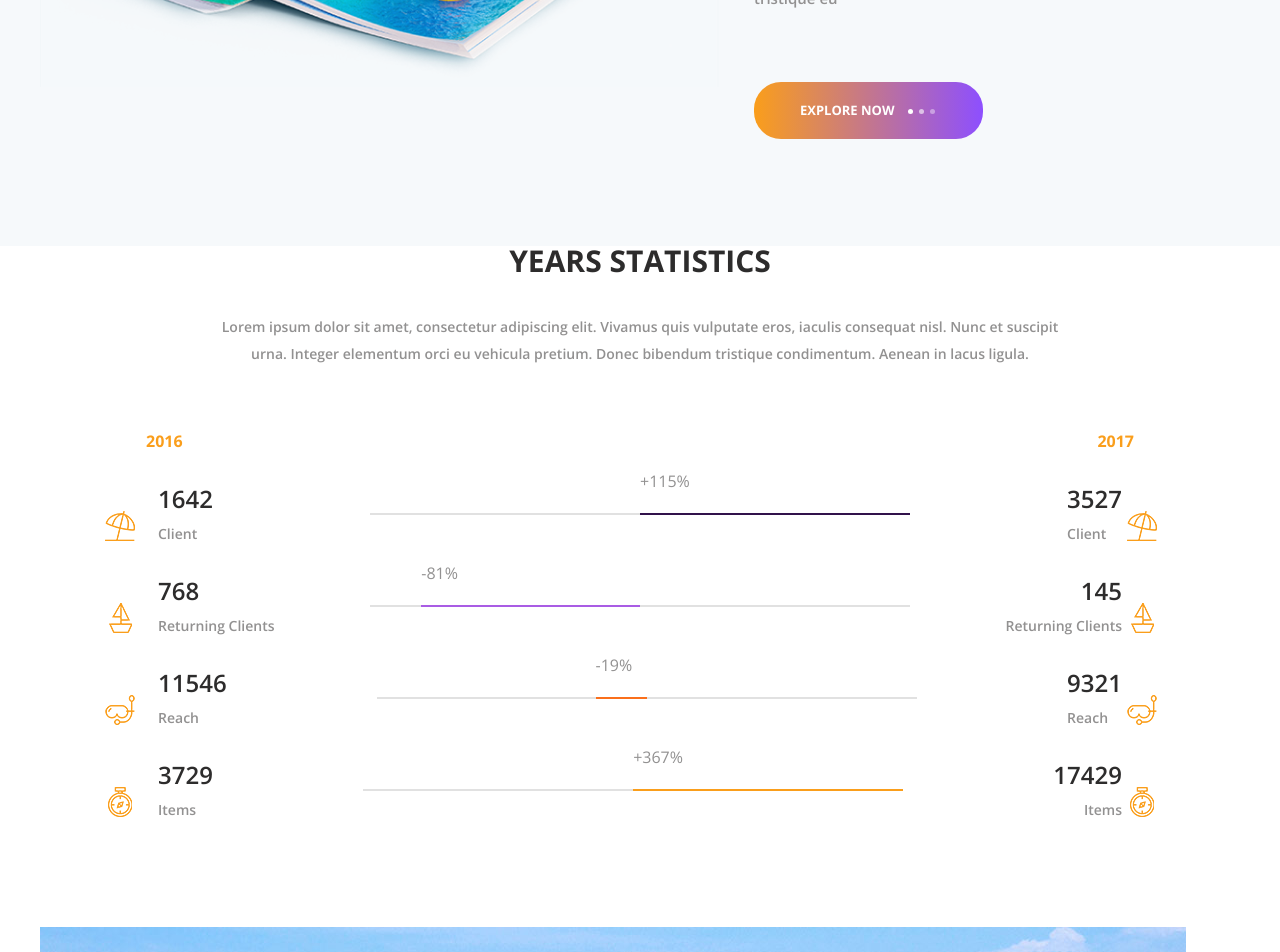
Repository: phamhuuloc/Travelix_Template
Page: about.html
These files come from the project's save history. The page is drawn as it stood at one moment and after the next save; the edit follows.
The browser window is 1280 px wide. The pictures show the part of the page from y = 1205 to 2157 px (the page is 3330 px tall before and 3434 px after).
A picture or video elsewhere on the page could not be fetched, so the positions and the page height are approximate. Backgrounds fixed to the window are drawn as part of the page. Some web fonts or font styles are not loaded; a fallback is used.

Above is the page before, as saved 2021-10-13 10:52:25.

### about.html
<!DOCTYPE html>
<html lang="en">
  <head>
    <meta charset="UTF-8" />
    <meta http-equiv="X-UA-Compatible" content="IE=edge" />
    <meta name="viewport" content="width=device-width, initial-scale=1.0" />
    <title>Document</title>
    <link rel="shortcut icon" href="./assets/img/logo.png" />
    <link
      href="https://fonts.googleapis.com/css2?family=Caramel&display=swap"
      rel="stylesheet"
    />
    <!-- GOOGLE FONT -->
    <link
      href="https://fonts.googleapis.com/css2?family=Birthstone&display=swap"
      rel="stylesheet"
    />
    <!-- FONT AWESOME -->
    <link
      rel="stylesheet"
      href="https://cdnjs.cloudflare.com/ajax/libs/font-awesome/6.0.0-beta2/css/all.min.css"
      integrity="sha512-YWzhKL2whUzgiheMoBFwW8CKV4qpHQAEuvilg9FAn5VJUDwKZZxkJNuGM4XkWuk94WCrrwslk8yWNGmY1EduTA=="
      crossorigin="anonymous"
      referrerpolicy="no-referrer"
    />
    <!-- CSS -->
    <link rel="stylesheet" href="./assets/css/reset.css" />
    <link rel="stylesheet" href="./assets/css/grid.css" />
    <link rel="stylesheet" href="./assets/css/base.css" />
    <link rel="stylesheet" href="./assets/css/about.css" />
  </head>
  <body>
    <header class="header">
      <div class="header-topbar" style="display: none">
        <div class="grid wide">
          <div class="header-topbar__container">
            <div class="row">
              <div class="col l-6">
                <div class="header-topbar__contact">
                  <ul>
                    <li>
                      <a href="">+84 945 000 917</a>
                    </li>
                    <li>
                      <a href=""><i class="fab fa-pinterest"></i></a>
                    </li>
                    <li>
                      <a href=""><i class="fab fa-facebook-f"></i></a>
                    </li>
                    <li>
                      <a href=""><i class="fab fa-twitter"></i></a>
                    </li>
                    <li>
                      <a href=""><i class="fab fa-dribbble"></i></a>
                    </li>
                    <li>
                      <a href=""><i class="fab fa-behance"></i></a>
                    </li>
                    <li>
                      <a href=""><i class="fab fa-linkedin-in"></i></a>
                    </li>
                  </ul>
                </div>
              </div>
              <div class="col l-6">
                <div class="header-topbar__login">
                  <ul>
                    <li><a href="">Login</a></li>
                    <li><a href="">|</a></li>
                    <li><a href="">Register</a></li>
                  </ul>
                </div>
              </div>
            </div>
          </div>
        </div>
      </div>
      <div class="header-nav">
        <div class="grid wide">
          <div class="header-nav__container">
            <div class="row">
              <div class="col l-3">
                <div class="logo">
                  <a href="" class="logo__link">
                    <img src="./assets/img/logo.png" alt="" />
                    <h2 class="logo__text">Travelix</h2>
                  </a>
                </div>
              </div>
              <div class="col l-6 m-0 c-0">
                <div class="nav-menu">
                  <ul class="nav-menu__list">
                    <li class="nav-menu__item">
                      <a href="index.html" class="nav-menu__link">Home</a>
                    </li>
                    <li class="nav-menu__item active">
                      <a href="./about.html" class="nav-menu__link">About</a>
                    </li>
                    <li class="nav-menu__item">
                      <a href="" class="nav-menu__link">Offers</a>
                    </li>
                    <li class="nav-menu__item">
                      <a href="" class="nav-menu__link">New</a>
                    </li>
                    <li class="nav-menu__item">
                      <a href="" class="nav-menu__link">Contacts</a>
                    </li>
                  </ul>
                </div>
              </div>
              <div class="col l-3">
                <div class="header-search">
                  <i class="fas fa-search header-search__icon"></i>
                </div>
              </div>
            </div>
          </div>
        </div>
      </div>
    </header>
    <div class="home">
      <div
        class="home-background"
        style="background-image: url(./assets/img/about.jpg)"
      ></div>
      <div class="home__title"><h1>About us</h1></div>
    </div>
    <section class="intro">
      <div class="grid wide">
        <div class="intro__container">
          <div class="row">
            <div class="col l-7 intro__img">
              <img src="./assets/img/intro_about.png" alt="" />
            </div>
            <div class="col l-5 intro__content">
              <h2 class="intro__title">WE HAVE THE BEST TOURS</h2>
              <p class="intro__desc">
                Lorem ipsum dolor sit amet, consectetur adipiscing elit. Vivamus
                quis vulputate eros, iaculis consequat nisl. Nunc et suscipit
                urna. Integer elementum orci eu vehicula pretium. Donec bibendum
                tristique condimentum. Aenean in lacus ligula. Phasellus euismod
                gravida eros. Aenean nec ipsum aliquet, pharetra magna id,
                interdum sapien. Etiam id lorem eu nisl pellentesque semper.
                Nullam tincidunt metus placerat, suscipit leo ut, tempus nulla.
                Fusce at eleifend tellus. Ut eleifend dui nunc, non fermentum
                quam placerat non. Etiam venenatis nibh augue, sed eleifend
                justo tristique eu
              </p>
              <div class="intro__btn">
                <div class="btn">
                  <div class="btn-bg"></div>
                  <a href="#" class="btn-link">
                    explore now
                    <span></span>
                    <span></span>
                    <span></span>
                  </a>
                </div>
              </div>
            </div>
          </div>
        </div>
      </div>
    </section>
    <section class="stats">
      <div class="grid wide">
        <div class="stats__container">
          <h2 class="stats__title">YEARS STATISTICS</h2>
          <div class="wrap_text">
            <p class="stats__text">
              Lorem ipsum dolor sit amet, consectetur adipiscing elit. Vivamus
              quis vulputate eros, iaculis consequat nisl. Nunc et suscipit
              urna. Integer elementum orci eu vehicula pretium. Donec bibendum
              tristique condimentum. Aenean in lacus ligula.
            </p>
          </div>
          <div class="stats__year">
            <div class="stats__year-last">2016</div>
            <div class="stats__year-new">2017</div>
          </div>
          <div class="stats__content">
            <div class="stats__item">
              <div class="stats__last">
                <div class="stats__icon">
                  <img src="./assets/img/stats_1.png" alt="" />
                </div>
                <div class="stats__content">
                  <div class="stats__number">1642</div>
                  <div class="stats__type">Client</div>
                </div>
              </div>
              <div class="stats__bar">
                <div class="stats__bar-perc" style="left: 50%; width: 50%">
                  <div class="stats__bar-value">+115%</div>
                </div>
              </div>
              <div class="stats__new">
                <div class="stats__content">
                  <div class="stats__number">3527</div>
                  <div class="stats__type">Client</div>
                </div>
                <div class="stats__icon">
                  <img src="./assets/img/stats_1.png" alt="" />
                </div>
              </div>
            </div>
            <div class="stats__item">
              <div class="stats__last">
                <div class="stats__icon">
                  <img src="./assets/img/stats_2.png" alt="" />
                </div>
                <div class="stats__last-content">
                  <div class="stats__number">768</div>
                  <div class="stats__type">Returning Clients</div>
                </div>
              </div>
              <div class="stats__bar">
                <div
                  class="stats__bar-perc"
                  style="
                    right: 50%;
                    width: 40.5%;
                    background: rgb(169, 92, 228);
                  "
                >
                  <div class="stats__bar-value">-81%</div>
                </div>
              </div>
              <div class="stats__new">
                <div class="stats__new-content">
                  <div class="stats__number">145</div>
                  <div class="stats__type">Returning Clients</div>
                </div>
                <div class="stats__icon">
                  <img src="./assets/img/stats_2.png" alt="" />
                </div>
              </div>
            </div>
            <div class="stats__item">
              <div class="stats__last">
                <div class="stats__icon">
                  <img src="./assets/img/stats_3.png" alt="" />
                </div>
                <div class="stats__last-content">
                  <div class="stats__number">11546</div>
                  <div class="stats__type">Reach</div>
                </div>
              </div>
              <div class="stats__bar">
                <div
                  class="stats__bar-perc"
                  style="right: 50%; width: 9.5%; background: rgb(250, 111, 27)"
                >
                  <div class="stats__bar-value">-19%</div>
                </div>
              </div>
              <div class="stats__new">
                <div class="stats__content">
                  <div class="stats__number">9321</div>
                  <div class="stats__type">Reach</div>
                </div>
                <div class="stats__icon">
                  <img src="./assets/img/stats_3.png" alt="" />
                </div>
              </div>
            </div>
            <div class="stats__item">
              <div class="stats__last">
                <div class="stats__icon">
                  <img src="./assets/img/stats_4.png" alt="" />
                </div>
                <div class="stats__last-content">
                  <div class="stats__number">3729</div>
                  <div class="stats__type">Items</div>
                </div>
              </div>
              <div class="stats__bar">
                <div
                  class="stats__bar-perc"
                  style="left: 50%; width: 50%; background: rgb(250, 158, 27)"
                >
                  <div class="stats__bar-value">+367%</div>
                </div>
              </div>
              <div class="stats__new">
                <div class="stats__new-content">
                  <div class="stats__number">17429</div>
                  <div class="stats__type">Items</div>
                </div>
                <div class="stats__icon">
                  <img src="./assets/img/stats_4.png" alt="" />
                </div>
              </div>
            </div>
          </div>
        </div>
      </div>
    </section>
    <section class="popular">
      <div class="grid wide">
        <div class="popular__container">
          <div class="popular__background">
            <img src="./assets/img/add.jpg" alt="" class="" />
          </div>
          <div class="popular__content">
            <h2 class="popular__title">Thailand</h2>
            <span class="popular__price">From $999</span>
            <div class="popular__btn">
              <div class="btn">
                <div class="btn-bg"></div>
                <a href="#" class="btn-link">
                  explore now
                  <span></span>
                  <span></span>
                  <span></span>
                </a>
              </div>
            </div>
          </div>
        </div>
      </div>
    </section>
    <section class="milestones">
      <div class="grid wide">
        <div class="milestone__container">
          <div class="row">
            <div class="col l-3">
              <div class="milestone__item">
                <div class="milestone__icon">
                  <img src="./assets/img/milestone_1.png" alt="" />
                </div>
                <span class="milestone__counter">255</span>
                <p class="milestone__text">Clients</p>
              </div>
            </div>
            <div class="col l-3">
              <div class="milestone__item">
                <div class="milestone__icon">
                  <img src="./assets/img/milestone_2.png" alt="" />
                </div>
                <span class="milestone__counter">1179</span>
                <p class="milestone__text">Projects</p>
              </div>
            </div>
            <div class="col l-3">
              <div class="milestone__item">
                <div class="milestone__icon">
                  <img src="./assets/img/milestone_3.png" alt="" />
                </div>
                <span class="milestone__counter">39</span>
                <p class="milestone__text">countries</p>
              </div>
            </div>
            <div class="col l-3">
              <div class="milestone__item">
                <div class="milestone__icon">
                  <img src="./assets/img/milestone_1.png" alt="" />
                </div>
                <span class="milestone__counter">128</span>
                <p class="milestone__text">coffers</p>
              </div>
            </div>
          </div>
        </div>
      </div>
    </section>
    <section class="footer">
      <div class="grid wide">
        <div class="footer__container">
          <div class="row">
            <div class="footer__item col l-3">
              <div class="logo footer__logo">
                <a href="" class="logo__link">
                  <img
                    src="https://khoatranvn00.github.io/travelix/assets/images/logo.webp"
                    alt=""
                  />
                  <h2 class="logo__text">Travelix</h2>
                </a>
              </div>
              <div class="footer__about">
                <div class="footer__about-desc">
                  Lorem ipsum dolor sit amet, consectetur adipiscing elit.
                  Vivamus quis vu lputate eros, iaculis consequat nisl. Nunc et
                  suscipit urna. Integer eleme ntum orci eu vehicula pretium.
                </div>
                <ul class="social-list">
                  <li class="social-item">
                    <a href=""> <i class="fab fa-pinterest"></i></a>
                  </li>
                  <li class="social-item">
                    <a href=""> <i class="fab fa-facebook-f"></i></a>
                  </li>
                  <li class="social-item">
                    <a href=""> <i class="fab fa-twitter"></i></a>
                  </li>
                  <li class="social-item">
                    <a href=""><i class="fab fa-dribbble"></i></a>
                  </li>
                  <li class="social-item">
                    <a href=""> <i class="fab fa-behance"></i></a>
                  </li>
                </ul>
              </div>
            </div>
            <div class="footer__item col l-3">
              <h3 class="footer__item-title">Blog Posts</h3>
              <div class="footer__blog">
                <div class="footer__blog-item">
                  <img src="./assets/img/footer_blog_1.jpg" alt="" />
                  <div class="footer__blog-content">
                    <h4 class="footer__blog-title">Travel with us this year</h4>
                    <span class="footer__blog-date"> Nov 29,2017 </span>
                  </div>
                </div>
                <div class="footer__blog-item">
                  <img src="./assets/img/footer_blog_2.jpg" alt="" />
                  <div class="footer__blog-content">
                    <h4 class="footer__blog-title">Travel with us this year</h4>
                    <span class="footer__blog-date"> Nov 29,2017 </span>
                  </div>
                </div>
                <div class="footer__blog-item">
                  <img src="./assets/img/footer_blog_3.jpg" alt="" />
                  <div class="footer__blog-content">
                    <h4 class="footer__blog-title">Travel with us this year</h4>
                    <span class="footer__blog-date"> Nov 29,2017 </span>
                  </div>
                </div>
              </div>
            </div>
            <div class="footer__item col l-3">
              <div class="footer__item-title">Tags</div>
              <div class="footer__tags">
                <ul class="tag__list">
                  <li class="tag__item"><a href="">design</a></li>
                  <li class="tag__item"><a href="">fashion</a></li>
                  <li class="tag__item"><a href="">music</a></li>
                  <li class="tag__item"><a href="">video</a></li>
                  <li class="tag__item"><a href="">party</a></li>
                  <li class="tag__item"><a href="">photography</a></li>
                  <li class="tag__item"><a href="">adventure</a></li>
                  <li class="tag__item"><a href="">travel</a></li>
                </ul>
              </div>
            </div>
            <div class="footer__item col l-3">
              <div class="footer__item-title">Contact Info</div>
              <div class="footer__contact">
                <div class="contact__info-item">
                  <div class="contact__info-icon">
                    <img src="./assets/img/placeholder.svg" alt="" />
                  </div>
                  <div class="contact__info-text">
                    4127 Raoul Wallenber 45b-c Gibraltar
                  </div>
                </div>
                <div class="contact__info-item">
                  <div class="contact__info-icon">
                    <img src="./assets/img/phone-call.svg" alt="" />
                  </div>
                  <div class="contact__info-text">2556-808-8613</div>
                </div>
                <div class="contact__info-item">
                  <div class="contact__info-icon">
                    <img src="./assets/img/message.svg" alt="" />
                  </div>
                  <div class="contact__info-text">contactme@gmail.com</div>
                </div>
                <div class="contact__info-item">
                  <div class="contact__info-icon">
                    <img src="./assets/img/planet-earth.svg" alt="" />
                  </div>
                  <div class="contact__info-text">www.colorlib.com</div>
                </div>
              </div>
            </div>
          </div>
        </div>
      </div>
    </section>
  </body>
</html>

### assets/css/about.css
.home-background {
  background-repeat: no-repeat;
  background-position: bottom center;
  background-attachment: fixed;
  background-size: cover;
}
.home__title {
  position: absolute;
  top: 55%;
  left: 50%;
  transform: translateX(-50%);
}
.home__title h1 {
  font-size: 7.2rem;
  font-weight: 800;
  color: var(--white-color);
  text-transform: uppercase;
}
/* INTRO */
.intro {
  padding: 10.6rem 0;
  background-color: #f6f9fb;
}
.intro__title {
  font-size: 3rem;
  font-weight: 700;
  color: var(--black-color);
  margin-bottom: 7.6rem;
  text-transform: uppercase;
}
.intro__desc {
  font-size: 1.5rem;
  font-weight: 600;
  color: var(--gray-color);
  line-height: 1.9;
}
.intro__btn .btn {
  left: 0;
  transform: translateX(0);
}
.stats__title {
  text-align: center;
  font-size: 3rem;
  font-weight: 700;
  color: var(--black-color);
  margin-bottom: 3.8rem;
}
.wrap_text {
  text-align: center;
  display: flex;
  justify-content: center;
  margin-bottom: 6.6rem;
}
.stats__text {
  font-size: 1.4rem;
  font-weight: 600;
  line-height: 1.9;
  color: var(--gray-color);
  max-width: 84rem;
}
.stats__year {
  display: flex;
  align-items: center;
  justify-content: space-between;
  padding: 0 10.6rem;
  margin-bottom: 3.6rem;
}
.stats__year-last,
.stats__year-new {
  font-size: 1.6rem;
  font-weight: 700;
  color: var(--primary-color);
}
.stats__item {
  display: flex;
  align-items: center;
  justify-content: space-between;
  padding: 0 60px;
  margin-top: 3.8rem;
}
.stats__last {
  display: flex;
  align-items: flex-end;
}
.stats__icon {
  margin-right: 1.8rem;
}
.stats__number {
  font-size: 2.4rem;
  font-weight: 600;
  color: var(--black-color);
  margin-bottom: 1.6rem;
}
.stats__type {
  font-size: 1.4rem;
  font-weight: 600;
  color: var(--gray-color);
}
.stats__new {
  display: flex;
  align-items: flex-end;
}
.stats__last-content {
  text-align: left;
}
.stats__new-content {
  text-align: right;
}
.stats__bar {
  position: relative;
  height: 2px;
  background-color: #e1e1e1;
  width: 50%;
  display: flex;
  flex-direction: column;
}
.stats__bar-value {
  position: absolute;
  top: -40px;
  color: var(--gray-color);
  font-size: 1.6rem;
  text-align: left;
}
.stats__bar-perc {
  position: absolute;
  height: 2px;
  background-color: rgb(49, 18, 75);
}
.popular {
  margin-top: 11rem;
  position: relative;
}
.popular__background {
}
.popular__content {
  position: absolute;
  z-index: 2;
  top: 50%;
  left: 20%;
  transform: translateY(-50%);
}
.popular__title {
  font-size: 5rem;
  font-weight: 600;
  color: var(--white-color);
  text-transform: uppercase;
  margin-bottom: 2rem;
}
.popular__price {
  display: block;
  font-size: 2rem;
  color: var(--white-color);
}
.popular__btn {
  text-align: left;
}
.popular__btn .btn {
  left: 0;
  transform: translateX(0);
  margin-top: 4rem;
}
.milestones {
  margin-top: 10.3rem;
  margin-bottom: 10.6rem;
}
.milestone__item {
  display: flex;
  flex-direction: column;
  align-items: center;
}

.milestone__icon {
  width: 5.2rem;
  height: 6.2rem;
  margin-bottom: 3.2rem;
}
.milestone__counter {
  display: block;
  font-size: 5rem;
  font-weight: 700;
  color: var(--black-color);
  margin-bottom: 3.2rem;
}
.milestone__text {
  font-size: 1.4rem;
  font-weight: 600;
  text-transform: uppercase;
  color: var(--gray-color);
}

Loaded but not shown: assets/css/reset.css (common file); assets/css/base.css (447 lines, source omitted); assets/css/grid.css (430 lines, source omitted)

After the next save:
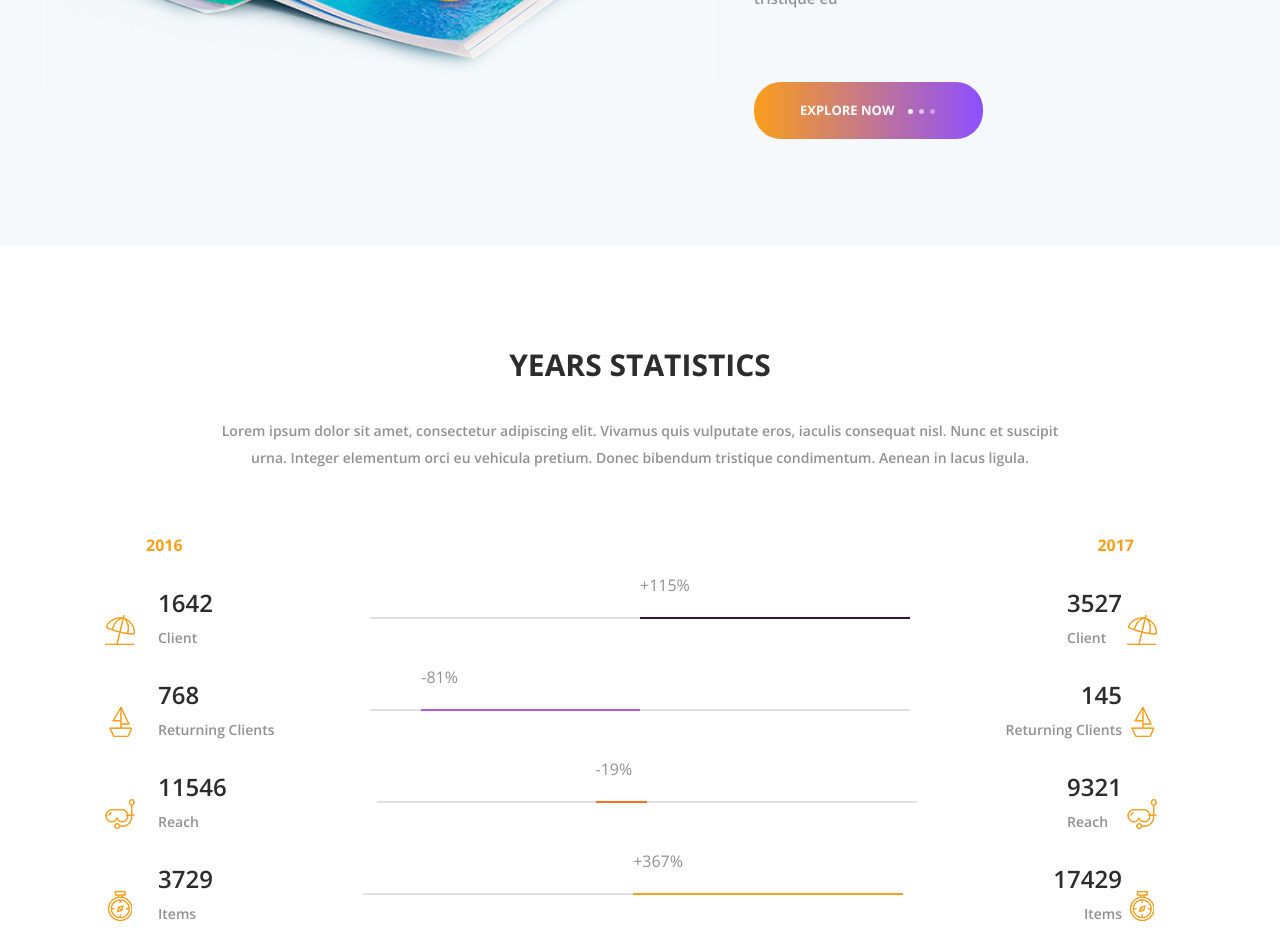
Saved 41 s later.
--- a/assets/css/about.css
+++ b/assets/css/about.css
@@ -20,6 +20,7 @@
 .intro {
   padding: 10.6rem 0;
   background-color: #f6f9fb;
+  margin-bottom: 10.4rem;
 }
 .intro__title {
   font-size: 3rem;
